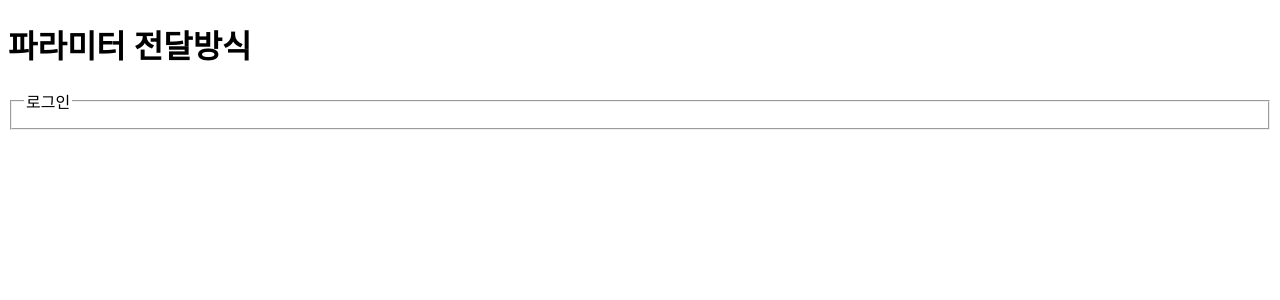
Repository: seminocoe/JSP_STUDY
Page: http://localhost/ServletProject/login/loginForm.jsp
The author's editor kept a copy of each file at every save. The page is drawn from the files as they stood at one save, then again after the next save.
The browser window is 1280 px wide. The pictures show the whole page.
The page is served by Tomcat 9.

Above is the page before, as saved 2022-07-29 00:48:31.

After the next save:
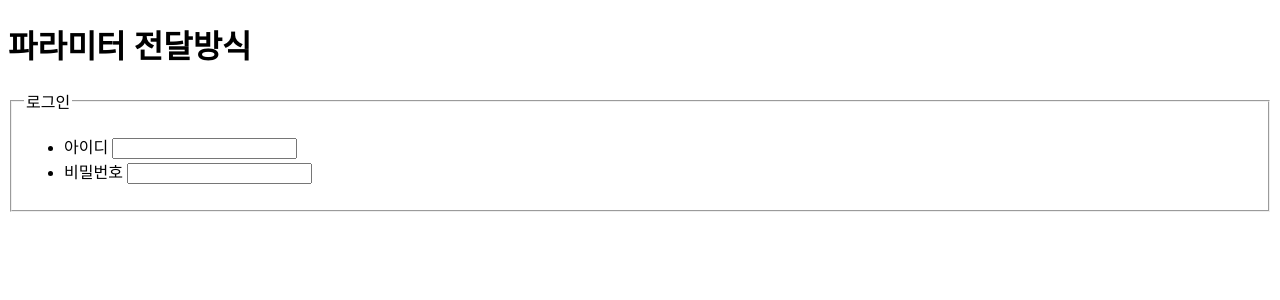
Saved 2 min 7 s later.
--- a/ServletProject/src/main/webapp/login/loginForm.jsp
+++ b/ServletProject/src/main/webapp/login/loginForm.jsp
@@ -11,6 +11,16 @@
 	<form action="Login" method="get">
 	<fieldset>
 		<legend>로그인</legend>
+		<ul>
+			<li>
+				<label for="userid">아이디</label>
+				<input type="text" name="userid">
+			</li>
+			<li>
+				<label for="passwd">비밀번호</label>
+				<input type="text" name="passwd">
+			</li>
+		</ul>
 
 
 	</fieldset>
